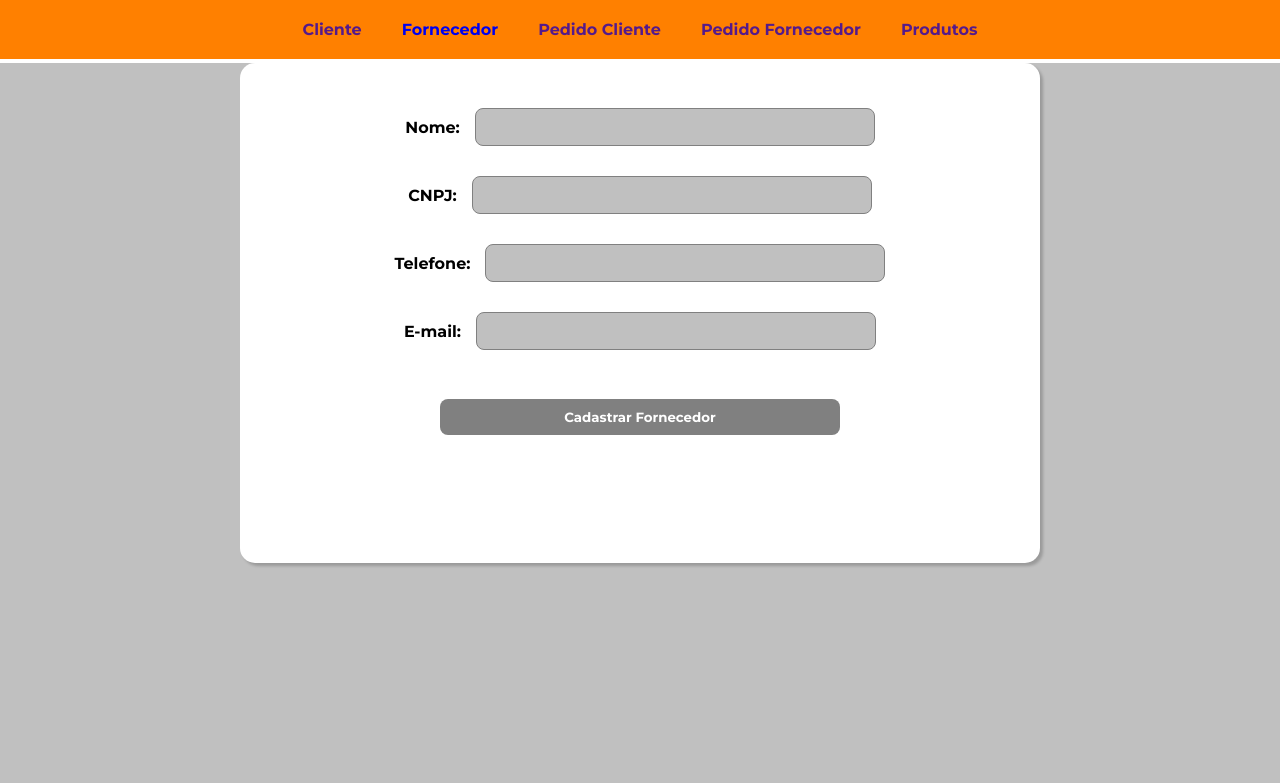
Repository: walterdmp/JavaWeb_BartoBotinas
Page: http://localhost/BartoBotinas/cadastrarFornecedor.jsp
An editor plug-in stored every save of this project. The page is shown before and after the next save, followed by the edit.
The browser window is 1280 px wide. The pictures show the whole page.
The page is served by Tomcat 9. Other server files are loaded and not shown.

Above is the page before, as saved 2024-07-30 18:13:12.

### BartoBotinas/WebContent/cadastrarFornecedor.jsp
<%@ page language="java" contentType="text/html; charset=ISO-8859-1"
	pageEncoding="ISO-8859-1"%>
<!DOCTYPE html>
<html>
<head>
<link rel="stylesheet" href="css/estilo.css">

<meta charset="ISO-8859-1">
<title>Bartô Botinas</title>
</head>
<body>
	<nav class="bartoNav">
		<ul>
			<li><a href="">Cliente</a></li>
			<li><a href="cadastrarFornecedor.jsp">Fornecedor</a></li>
			<li><a href="">Pedido Cliente</a></li>
			<li><a href="">Pedido Fornecedor</a></li>
			<li><a href="">Produtos</a></li>
		</ul>
	</nav>
	<main class="bartoMain">
		<form action="" method="post" class="bartoForm">
			<div>
				<label><strong>Nome:</strong></label><input type="text"
					name="nome">
			</div>
			<div>
				<label><strong>CNPJ:</strong></label><input type="text"
					name="cnpj">
			</div>
			<div>
				<label><strong>Telefone:</strong></label><input type="text"
					name="telefone">
			</div>
			<div>
				<label><strong>E-mail:</strong></label><input type="text"
					name="email">
			</div>

			<br>
			<div>
				<input id="bartoButton" type="submit" name="salvar"
					value="Cadastrar Fornecedor">
			</div>
		</form>
	</main>
</body>
</html>

### BartoBotinas/WebContent/css/estilo.css
@charset "ISO-8859-1";

@import
	url('https://fonts.googleapis.com/css2?family=Montserrat:ital,wght@0,100;0,200;0,300;0,400;0,500;0,600;0,700;0,800;0,900;1,100;1,200;1,300;1,400;1,500;1,600;1,700;1,800;1,900&display=swap')
	;

* {
	margin: 0;
	padding: 0;
	box-sizing: border-box;
	text-decoration: none;
	list-style: none;
	font-family: 'Montserrat', sans-serif;
}

.bartoNav {
	width: 100vw;
}

.bartoMain {
	background-color: #c0c0c0;
	width: 100vw;
	height: 100vh;
}

.bartoNav ul {
	display: flex;
	flex-direction: row;
	gap: 40px;
	width: 100%;
	justify-content: center;
	padding: 20px;
	background-color: #ff8000;
	color: white;
	font-weight: bold;
}

.bartoForm {
	display: flex;
	flex-direction: column;
	padding: 45px;
	width: 800px;
	height: 500px;
	background-color: white;
	margin: 0 auto;
	margin-top: 4px;
	border-radius: 15px;
	box-shadow: 3px 3px 3px rgba(0, 0, 0, 0.2);
	width: 800px;
	align-items: center;
	align-self: center;
}

.bartoForm input {
	border-radius: 8px;
	border: 1px solid gray;
	width: 80px;
	padding: 10px;
	width: 400px;
	background-color: #c0c0c0;
}

.bartoForm div {
	display: flex;
	align-items: center;
	gap: 15px;
	margin-bottom: 30px;
	gap: 15px;
}

#bartoButton {
	background-color: #808080;
	border: none;
	color: white;
	font-weight: bold;
	cursor: pointer;
}

After the next save:
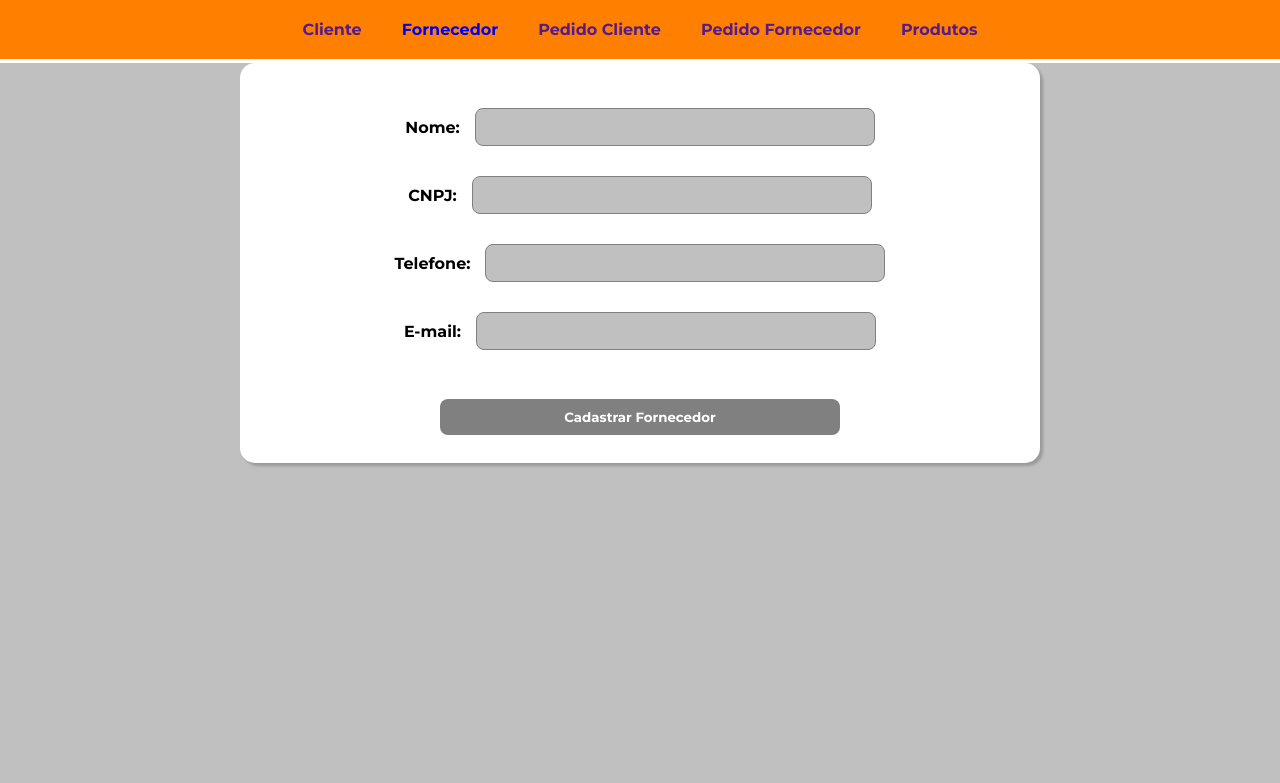
Saved 16 s later.
--- a/BartoBotinas/WebContent/css/estilo.css
+++ b/BartoBotinas/WebContent/css/estilo.css
@@ -40,7 +40,7 @@
 	flex-direction: column;
 	padding: 45px;
 	width: 800px;
-	height: 500px;
+	height: 400px;
 	background-color: white;
 	margin: 0 auto;
 	margin-top: 4px;
